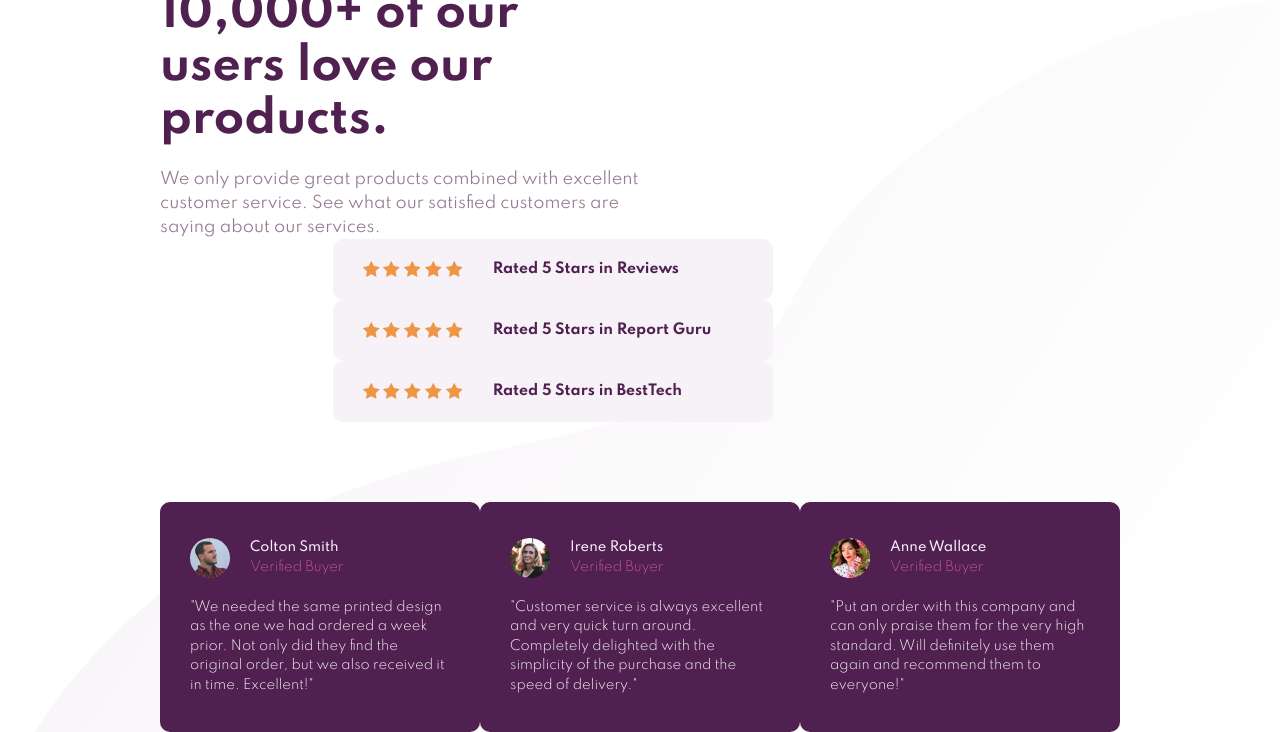
Repository: metehankasapp/social-proof-section-master
Page: index.html
An editor plug-in stored every save of this project. The page is shown before and after the next save, followed by the edit.
The browser window is 1280 px wide. The pictures show the whole page.
Some web libraries are served in a nearby version.

Above is the page before, as saved 2021-12-05 08:42:59.

After the next save:
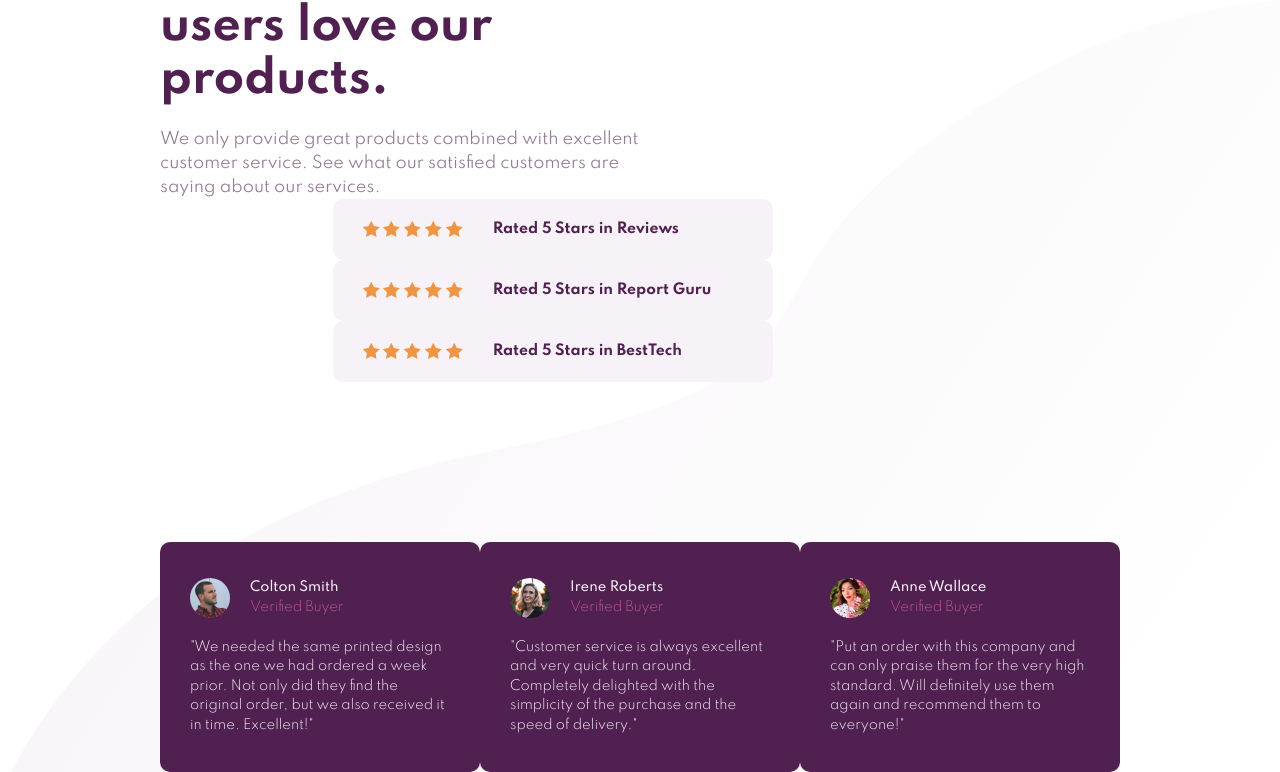
Saved 8 s later.
--- a/style.css
+++ b/style.css
@@ -79,11 +79,11 @@
   flex-direction: column;
 }
 
-.card-item:nth-child(2){
+.card-ctr:nth-child(2){
     margin-top: 4rem;
 }
 
-.card-item:nth-child(3){
+.card-ctr:nth-child(3){
     margin-top: 8rem;
 }
 

After the 4 saves that followed:
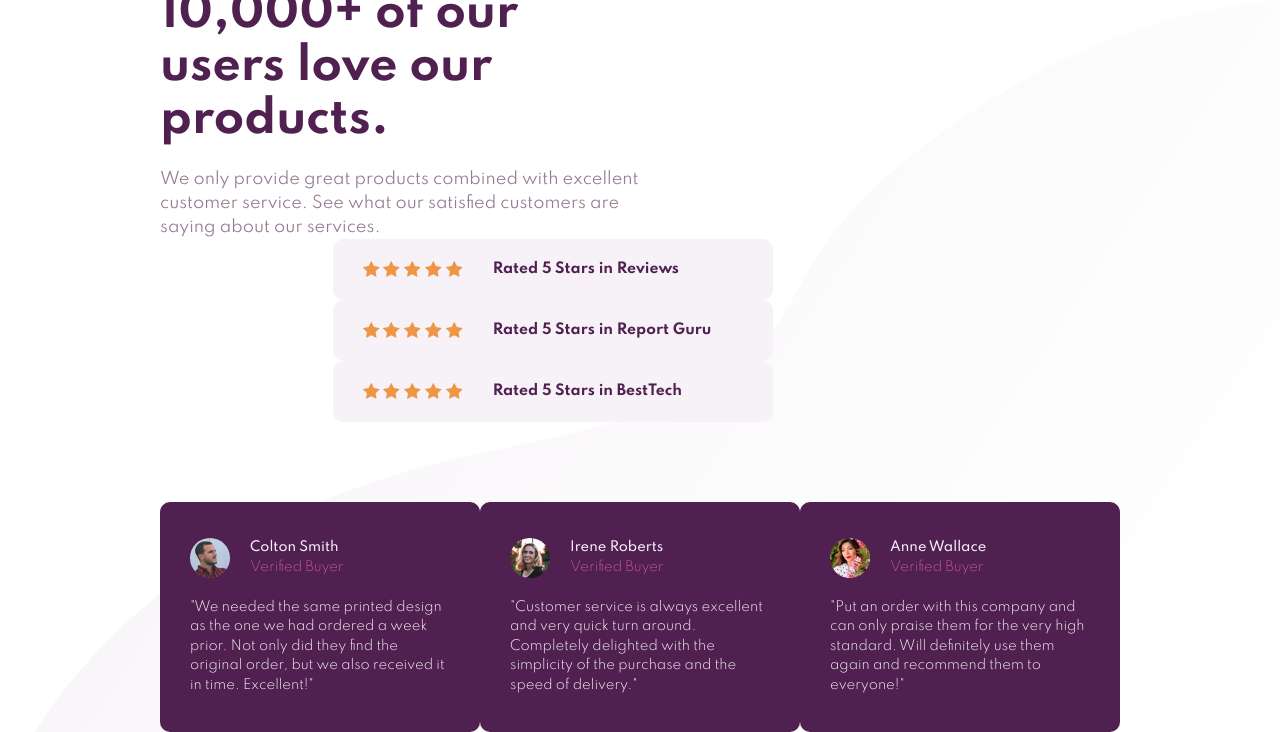
The 4 saves are shown as one change because 3 left the picture as it was.
The last was saved 2 min 26 s later.
--- a/style.css
+++ b/style.css
@@ -78,13 +78,19 @@
   align-items: baseline;
   flex-direction: column;
 }
+.card-ctr:nth-child(1){
+    display: flex;
+    justify-content: baseline;
+}
 
 .card-ctr:nth-child(2){
-    margin-top: 4rem;
+    display: flex;
+    justify-content: center;
 }
 
 .card-ctr:nth-child(3){
-    margin-top: 8rem;
+    display: flex;
+    justify-content: end;
 }
 
 .card-headerr {
